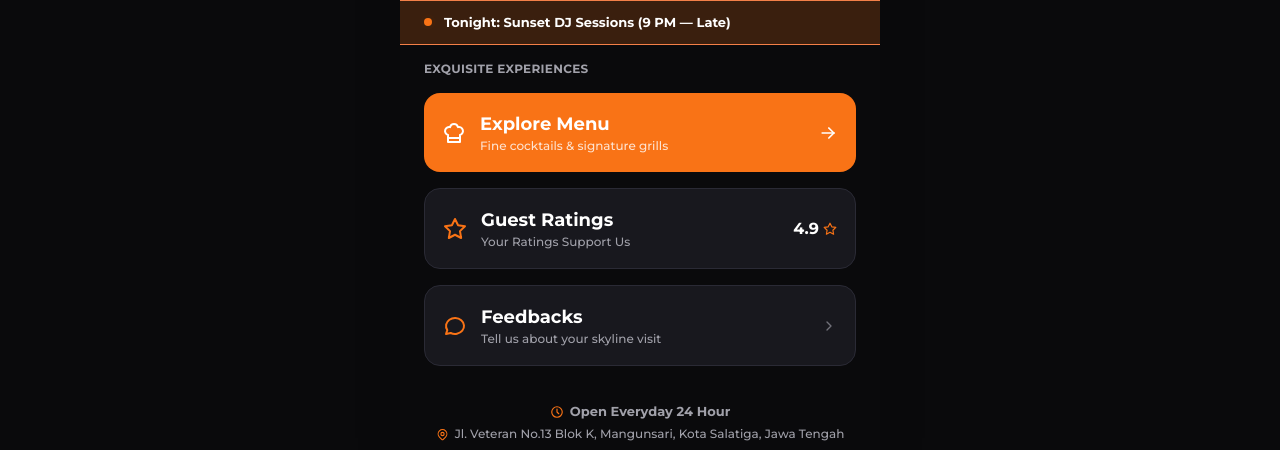
Repository: Warfail/qrmenu
Page: /
An editor plug-in stored every save of this project. The page is shown before and after the next save, followed by the edit.
The browser window is 1280 px wide. The pictures show the part of the page from y = 454 to 932 px (the page is 904 px tall before and 932 px after).
The page's requests for data from a server got no answer. The project was rebuilt for these pictures with package versions that can differ from the ones it lists, and the page was loaded fresh each time. The framework's server and built-in components were replaced by stand-ins that run in the browser. No one was signed in, and anything a server would have sent is missing. Also part of the build but not shown: next.config.mjs, src/components/FeedbackModal.jsx, src/components/GoogleReviews.jsx, src/components/GuestRatingsModal.jsx.

Above is the page before, as saved 2026-08-15 19:51:04.

### src/app/layout.jsx
import { Montserrat } from "next/font/google";
import "./globals.css";
import { CartProvider } from "@/components/CartContext";

const montserrat = Montserrat({
  subsets: ["latin"],
  weight: ["400", "500", "600", "700", "800", "900"],
  variable: "--font-montserrat",
});

export const metadata = {
  title: "ROOFTOP FORTYFIVE",
  description: "Urban Society Studio — 45th Floor, Metropolis Tower Plaza",
};

export default function RootLayout({ children }) {
  return (
    <html lang="id" className={montserrat.variable}>
      <body className="min-h-screen bg-[#0a0a0c] antialiased">
        <CartProvider>
          <div className="mx-auto min-h-screen w-full max-w-[480px] bg-[#0a0a0c] shadow-2xl">
            {children}
          </div>
        </CartProvider>
      </body>
    </html>
  );
}

### src/app/page.jsx
"use client";

import { useEffect, useState } from "react";
import Link from "next/link";
import {
  IconChefHat,
  IconArrowRight,
  IconStar,
  IconMessageCircle,
  IconChevronRight,
  IconMapPin,
  IconClock,
} from "@tabler/icons-react";
import FeedbackModal from "@/components/FeedbackModal";
import GuestRatingsModal from "@/components/GuestRatingsModal";

const GOOGLE_MAPS_URL =
  "https://www.google.com/maps/place/Rooftop+Forty+Five/@-7.3370042,110.4879377,15z/data=!4m6!3m5!1s0x2e7a79339f145283:0x26fa97d90cd2e8d2!8m2!3d-7.3371324!4d110.4982667!16s%2Fg%2F11njpl__k4?entry=ttu&g_ep=EgoyMDI2MDgxMi4wIKXMDSoASAFQAw%3D%3D";

export default function HomePage() {
  const [settings, setSettings] = useState({
    whatsappNumber: "6281234567890",
    googlePlaceId: "",
  });
  const [showFeedback, setShowFeedback] = useState(false);
  const [showRatings, setShowRatings] = useState(false);

  useEffect(() => {
    let active = true;
    fetch("/api/landing")
      .then((res) => (res.ok ? res.json() : null))
      .then((json) => {
        if (active && json?.settings) {
          setSettings((prev) => ({
            ...prev,
            whatsappNumber: json.settings.whatsappNumber || prev.whatsappNumber,
            googlePlaceId: json.settings.googlePlaceId || prev.googlePlaceId,
          }));
        }
      })
      .catch(() => {});
    return () => {
      active = false;
    };
  }, []);

  return (
    <main className="flex min-h-screen flex-col justify-between overflow-hidden bg-[#0a0a0c]">
      {/* HERO */}
      <section className="relative">
        <div className="relative flex aspect-[1.058/1] w-full flex-col justify-end overflow-hidden pb-6">
          {/* Background image */}
          <div
            className="absolute inset-0 bg-cover bg-center"
            style={{
              backgroundImage:
                "url(https://api.builder.io/api/v1/image/assets/TEMP/979e074464d8e4c44b55b3a495ff275e80e38426?placeholderIfAbsent=true)",
            }}
          />

          {/* Status bar (relative, tidak overlap) */}
          <div className="relative z-10 flex min-h-[44px] w-full" />
        </div>

        {/* LIVE BANNER */}
        <div className="flex w-full items-center gap-3 border-y border-[#f48048] bg-orange-500/20 px-6 py-3">
          <span className="relative flex h-2 w-2 shrink-0">
            <span className="absolute inline-flex h-full w-full animate-ping rounded-full bg-orange-500 opacity-75" />
            <span className="relative inline-flex h-2 w-2 rounded-full bg-orange-500" />
          </span>
          <p className="text-[13px] font-bold text-white">
            Tonight: Sunset DJ Sessions (9 PM — Late)
          </p>
        </div>
      </section>

      {/* ACTION STACK */}
      <section className="flex flex-col px-6 py-4">
        <p className="text-xs font-bold uppercase tracking-wide text-zinc-400">
          Exquisite Experiences
        </p>

        {/* Explore Menu */}
        <Link
          href="/menu"
          className="mt-4 flex items-center justify-between gap-4 rounded-2xl bg-orange-500 px-[18px] py-[18px] transition hover:bg-orange-600 active:scale-[0.99]"
        >
          <div className="flex items-center gap-3.5">
            <div className="flex h-6 w-6 items-center justify-center">
              <IconChefHat size={24} />
            </div>
            <div>
              <p className="text-[18px] font-bold text-white">Explore Menu</p>
              <p className="text-xs font-medium text-white/80">
                Fine cocktails & signature grills
              </p>
            </div>
          </div>
          <IconArrowRight size={20} className="text-white" />
        </Link>

        {/* Guest Ratings */}
        <button
          type="button"
          onClick={() => setShowRatings(true)}
          className="mt-4 flex items-center justify-between gap-4 rounded-2xl border border-[#2a2a35] bg-[#18181e] px-[18px] py-[18px] text-left transition hover:bg-[#1f1f27] active:scale-[0.99]"
        >
          <div className="flex items-center gap-3.5">
            <div className="flex h-6 w-6 items-center justify-center">
              <IconStar size={24} className="text-orange-500" />
            </div>
            <div>
              <p className="text-[18px] font-bold text-white">Guest Ratings</p>
              <p className="text-xs font-medium text-zinc-400">
                Your Ratings Support Us
              </p>
            </div>
          </div>
          <div className="flex items-center gap-1">
            <span className="text-base font-bold text-white">4.9</span>
            <IconStar size={14} className="text-orange-500" />
          </div>
        </button>

        {/* Feedbacks */}
        <button
          type="button"
          onClick={() => setShowFeedback(true)}
          className="mt-4 flex items-center justify-between gap-4 rounded-2xl border border-[#2a2a35] bg-[#18181e] px-[18px] py-[18px] text-left transition hover:bg-[#1f1f27] active:scale-[0.99]"
        >
          <div className="flex items-center gap-3.5">
            <div className="flex h-6 w-6 items-center justify-center">
              <IconMessageCircle size={24} className="text-orange-500" />
            </div>
            <div>
              <p className="text-[18px] font-bold text-white">Feedbacks</p>
              <p className="text-xs font-medium text-zinc-400">
                Tell us about your skyline visit
              </p>
            </div>
          </div>
          <IconChevronRight size={16} className="text-zinc-500" />
        </button>
      </section>

      {/* FOOTER */}
      <footer className="flex flex-col items-center pb-2 pt-5">
        <div className="flex flex-col items-center font-bold text-zinc-400">
          <p className="flex items-center gap-1.5 text-[13px]">
            <IconClock size={14} className="text-orange-500" />
            Open Everyday 24 Hour
          </p>
          <a
            href={GOOGLE_MAPS_URL}
            target="_blank"
            rel="noopener noreferrer"
            className="mt-1 flex w-full items-start justify-center gap-1.5 px-6 text-xs font-medium transition hover:text-orange-400"
          >
            <IconMapPin size={13} className="mt-0.5 shrink-0 text-orange-500" />
            <span className="text-center">
              Jl. Veteran No.13 Blok K, Mangunsari, Kota Salatiga, Jawa Tengah
            </span>
          </a>
        </div>
      </footer>

      {/* MODALS */}
      <FeedbackModal
        open={showFeedback}
        onClose={() => setShowFeedback(false)}
        whatsappNumber={settings.whatsappNumber}
      />
      <GuestRatingsModal
        open={showRatings}
        onClose={() => setShowRatings(false)}
        googlePlaceId={settings.googlePlaceId}
      />
    </main>
  );
}

### src/app/globals.css
@tailwind base;
@tailwind components;
@tailwind utilities;

:root {
  color-scheme: dark;
}

body {
  font-family: var(--font-montserrat), ui-sans-serif, system-ui, -apple-system,
    "Segoe UI", Roboto, "Helvetica Neue", Arial, sans-serif;
  background: #050507;
}

.no-scrollbar::-webkit-scrollbar {
  display: none;
}
.no-scrollbar {
  -ms-overflow-style: none;
  scrollbar-width: none;
}

.text-balance {
  text-wrap: balance;
}

@keyframes slide-up {
  from {
    transform: translate(-50%, 100%);
  }
  to {
    transform: translate(-50%, 0);
  }
}

@keyframes fade-in {
  from {
    opacity: 0;
    transform: translateY(12px);
  }
  to {
    opacity: 1;
    transform: translateY(0);
  }
}

.animate-slide-up {
  animation: slide-up 0.3s ease-out;
}

.animate-fade-in {
  animation: fade-in 0.25s ease-out;
}

### src/components/CartContext.jsx
"use client";

import {
  createContext,
  useCallback,
  useContext,
  useEffect,
  useMemo,
  useRef,
  useState,
} from "react";

const CART_STORAGE_KEY = "rooftop45_cart";

const CartContext = createContext(null);

export function CartProvider({ children }) {
  const [cart, setCart] = useState({});
  const [restoredCount, setRestoredCount] = useState(0);
  const [showRestored, setShowRestored] = useState(false);
  const loadedFromStorage = useRef(false);

  // 1. Load cart dari localStorage saat pertama kali
  useEffect(() => {
    try {
      const raw = localStorage.getItem(CART_STORAGE_KEY);
      if (raw) {
        const parsed = JSON.parse(raw);
        if (parsed && typeof parsed === "object") {
          const cleaned = {};
          let count = 0;
          for (const [id, item] of Object.entries(parsed)) {
            if (item && item.product && item.product.id && item.qty > 0) {
              cleaned[id] = {
                product: {
                  id: item.product.id,
                  name: item.product.name || "",
                  category: item.product.category || "",
                  code: item.product.code || "",
                  price: Number(item.product.price) || 0,
                  stock: Number(item.product.stock) || 0,
                },
                qty: item.qty,
              };
              count += item.qty;
            }
          }
          if (count > 0) {
            setCart(cleaned);
            setRestoredCount(count);
            setShowRestored(true);
            setTimeout(() => setShowRestored(false), 4000);
          }
        }
      }
    } catch {
      // abaikan data localStorage yang corrupt
    }
    loadedFromStorage.current = true;
  }, []);

  // 2. Save cart ke localStorage setiap items berubah
  useEffect(() => {
    if (!loadedFromStorage.current) return;
    try {
      if (Object.keys(cart).length === 0) {
        localStorage.removeItem(CART_STORAGE_KEY);
      } else {
        localStorage.setItem(CART_STORAGE_KEY, JSON.stringify(cart));
      }
    } catch {
      // storage mungkin penuh / tidak tersedia
    }
  }, [cart]);

  const addToCart = useCallback((product) => {
    setCart((prev) => {
      const existing = prev[product.id];
      return {
        ...prev,
        [product.id]: {
          product,
          qty: existing ? existing.qty + 1 : 1,
        },
      };
    });
  }, []);

  const removeFromCart = useCallback((productId) => {
    setCart((prev) => {
      const existing = prev[productId];
      if (!existing) return prev;
      if (existing.qty <= 1) {
        const next = { ...prev };
        delete next[productId];
        return next;
      }
      return { ...prev, [productId]: { ...existing, qty: existing.qty - 1 } };
    });
  }, []);

  // 3. Clear cart setelah checkout + hapus dari localStorage
  const clearCart = useCallback(() => {
    setCart({});
    try {
      localStorage.removeItem(CART_STORAGE_KEY);
    } catch {
      // ignore
    }
  }, []);

  const value = useMemo(
    () => ({ cart, addToCart, removeFromCart, clearCart }),
    [cart, addToCart, removeFromCart, clearCart]
  );

  return (
    <CartContext.Provider value={value}>
      {children}

      {/* 4. Notifikasi item restored */}
      {showRestored && (
        <div className="fixed inset-x-0 top-0 z-[60] mx-auto w-full max-w-[480px] px-4 pt-3">
          <div className="animate-fade-in rounded-xl border border-orange-500/30 bg-[#18181e]/95 px-4 py-3 text-center text-sm font-semibold text-white shadow-lg backdrop-blur">
            {restoredCount} item{restoredCount > 1 ? "s" : ""} restored
          </div>
        </div>
      )}
    </CartContext.Provider>
  );
}

export function useCart() {
  const ctx = useContext(CartContext);
  if (!ctx) {
    throw new Error("useCart must be used within CartProvider");
  }
  return ctx;
}

### tailwind.config.js
/** @type {import('tailwindcss').Config} */
module.exports = {
  content: [
    "./src/pages/**/*.{js,ts,jsx,tsx,mdx}",
    "./src/components/**/*.{js,ts,jsx,tsx,mdx}",
    "./src/app/**/*.{js,ts,jsx,tsx,mdx}",
  ],
  theme: {
    extend: {},
  },
  plugins: [],
};

After the next save:
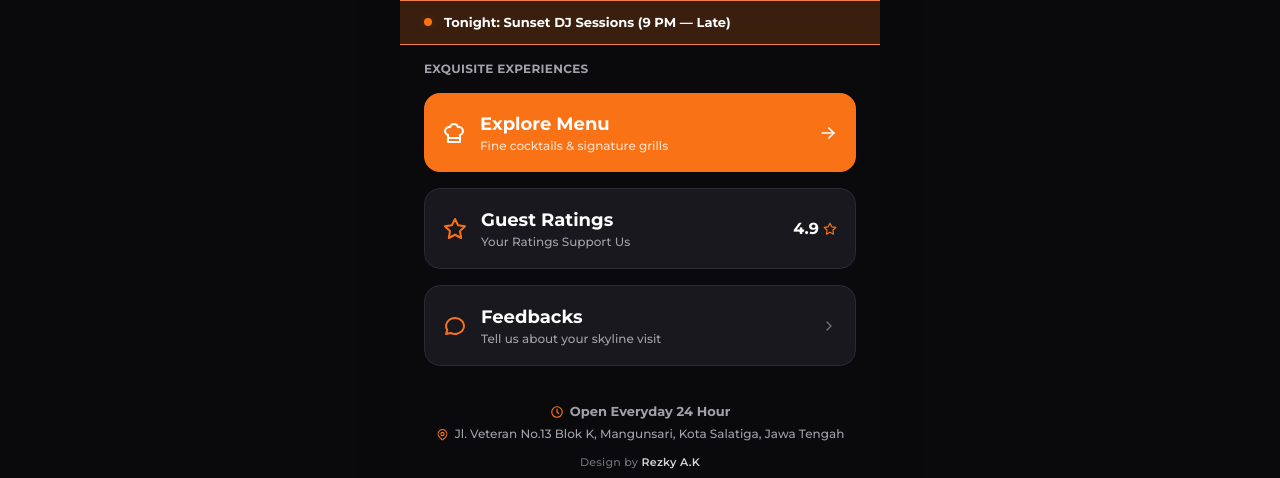
Saved 19 min 41 s later.
--- a/src/app/page.jsx
+++ b/src/app/page.jsx
@@ -161,6 +161,9 @@
               Jl. Veteran No.13 Blok K, Mangunsari, Kota Salatiga, Jawa Tengah
             </span>
           </a>
+          <p className="mt-3 text-[11px] font-medium tracking-wide text-zinc-500">
+            Design by <span className="font-semibold text-zinc-300">Rezky A.K</span>
+          </p>
         </div>
       </footer>
 
